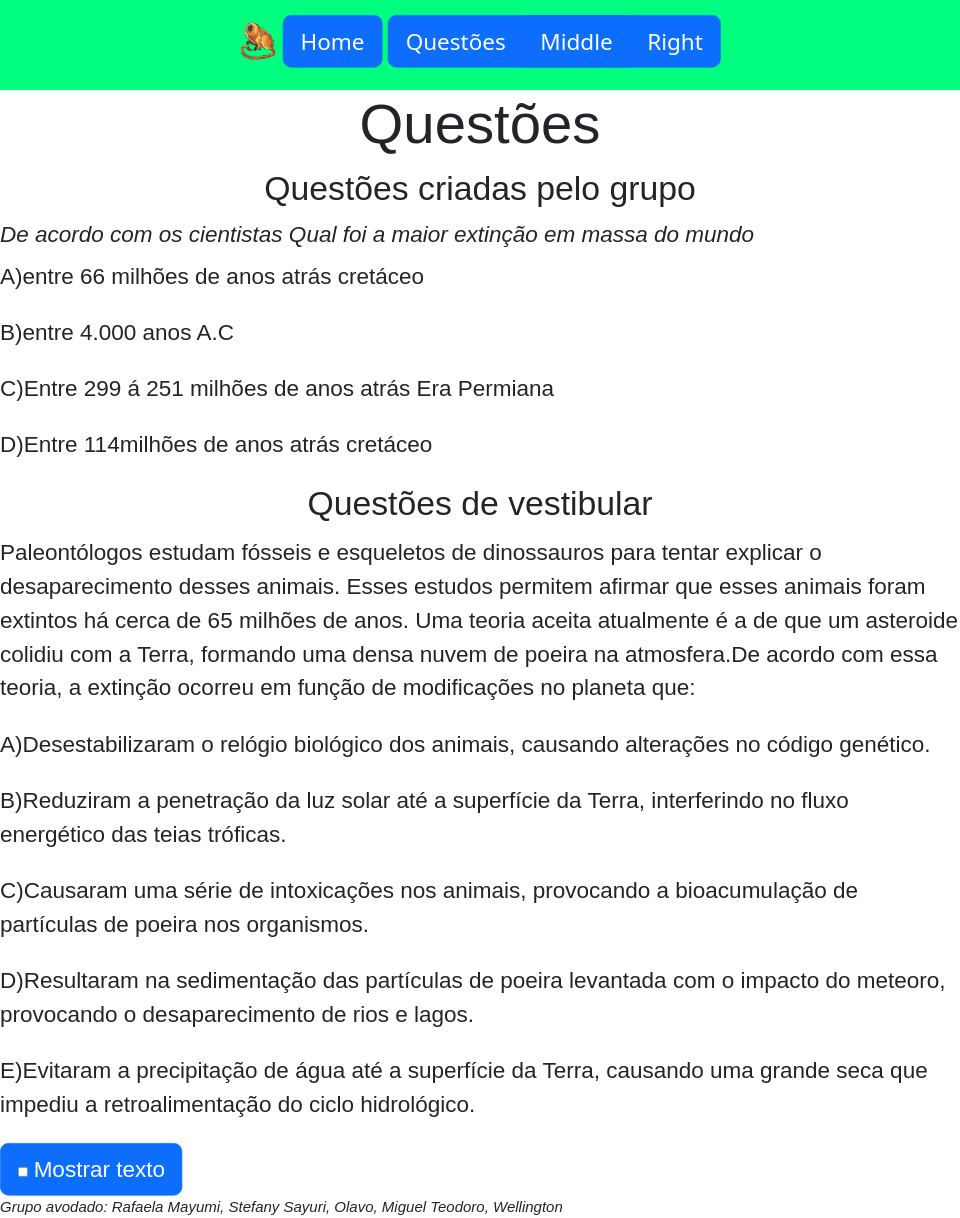
Repository: OlavoSchiavi/Site-de-biologia
Page: quest.html
The author's editor kept a copy of each file at every save. The page is drawn from the files as they stood at one save, then again after the next save.
The browser window is 1280 px wide. The pictures show the whole page, at 75% of full size.

Above is the page before, as saved 2023-04-18 21:26:18.
Not found: JS/script.js

### quest.html
<!DOCTYPE html>
<html lang="pt-br">
<head>
    <meta charset="UTF-8">
    <meta http-equiv="X-UA-Compatible" content="IE=edge">
    <meta name="viewport" content="width=device-width, initial-scale=1.0">
    <title>Site de biologia - Questões</title>
    <link rel="stylesheet" href="CSS/style.css">
    <link href="https://cdn.jsdelivr.net/npm/bootstrap@5.3.0-alpha3/dist/css/bootstrap.min.css" rel="stylesheet" integrity="sha384-KK94CHFLLe+nY2dmCWGMq91rCGa5gtU4mk92HdvYe+M/SXH301p5ILy+dN9+nJOZ" crossorigin="anonymous">
    <link rel="icon" href="imagens/monkey.png" type="image/png">
    <link rel="stylesheet" href="JS/script.js">
    <link rel="icon" type="image/png" href="imagens/arara.png">
</head>
<body>
    <header>
        <nav class="mapa">
            <img id="logo" src="imagens/monkey.png" alt="Logo">
            <button type="button" class="btn btn-primary">
                <a href="index.html" class="button">Home</a>
            </button>
            <div class="btn-group" role="group" aria-label="Basic example">
                <button type="button" class="btn btn-primary">
                    <a href="quest.html" class="button">Questões</a>
                </button>
                <button type="button" class="btn btn-primary">Middle</button>
                <button type="button" class="btn btn-primary">Right</button>
              </div>
        </nav>
    </header>
    <main>
        <article>
            <section>
                <h1>Questões</h1>
            </section>
            <section>
                <h4>Questões criadas pelo grupo</h4>
                <h6>De acordo com os cientistas Qual foi a maior extinção em massa do mundo</h6>
                <p>A)entre 66 milhões de anos atrás cretáceo</p>
                <p>B)entre 4.000 anos A.C</p>
                <p>C)Entre 299 á 251  milhões de anos atrás Era Permiana</p>
                <p>D)Entre 114milhões de anos atrás cretáceo</p>
            </section>
            <section>
                <h4>Questões de vestibular</h4>
                <p>Paleontólogos estudam fósseis e esqueletos de dinossauros para tentar explicar o desaparecimento desses animais. Esses estudos permitem afirmar que esses animais foram extintos há cerca de 65 milhões de anos. Uma teoria aceita atualmente é a de que um asteroide colidiu com a Terra, formando uma densa nuvem de poeira na atmosfera.De acordo com essa teoria, a extinção ocorreu em função de modificações no planeta que:</p>
                    <p>A)Desestabilizaram o relógio biológico dos animais, causando alterações no código genético.</p>
                    <p>B)Reduziram a penetração da luz solar até a superfície da Terra, interferindo no fluxo energético das teias tróficas.</p>
                    <p>C)Causaram uma série de intoxicações nos animais, provocando a bioacumulação de partículas de poeira nos organismos.</p>
                    <p>D)Resultaram na sedimentação das partículas de poeira levantada com o impacto do meteoro, provocando o desaparecimento de rios e lagos.</p>
                    <p>E)Evitaram a precipitação de água até a superfície da Terra, causando uma grande seca que impediu a retroalimentação do ciclo hidrológico.</p>

                    <button type="button" class="btn btn-primary" data-bs-toggle="button">
                        <input type="checkbox" id="checkbox" onclick="mostrarTexto()"> Mostrar texto

                        <div id="texto"></div>

                        <script>
                        function mostrarTexto() {
                        var checkbox = document.getElementById("checkbox");
                        var texto = document.getElementById("texto");
                        if (checkbox.checked) {
                            texto.innerHTML = "Este é o texto que será exibido";
                        } else {
                            texto.innerHTML = "";
                        }
                        }
                        </script>
                    </button>

            </section>
        </article>
    </main>
    <footer style="font-size: 20px; font-style: italic;">
        Grupo avodado: Rafaela Mayumi, Stefany Sayuri, Olavo, Miguel Teodoro, Wellington
    </footer>
</body>
</html>

### CSS/style.css
header{
    padding: 20px;
    height: 120px;
    background-color:springgreen;
}
.arara{
    width: 20%;
    float: right;
}
#logo{
    width: 50px;
}

body,main,footer,html{
    font-family: Arial, Helvetica, sans-serif;
    font-size: 30px;
}
.button{
    color:white;
    text-decoration: none;
}
.mapa{
    text-align: center;
}
h1,h4{
    text-align: center;
}
h6{
    font-style:oblique;
}

After the next save:
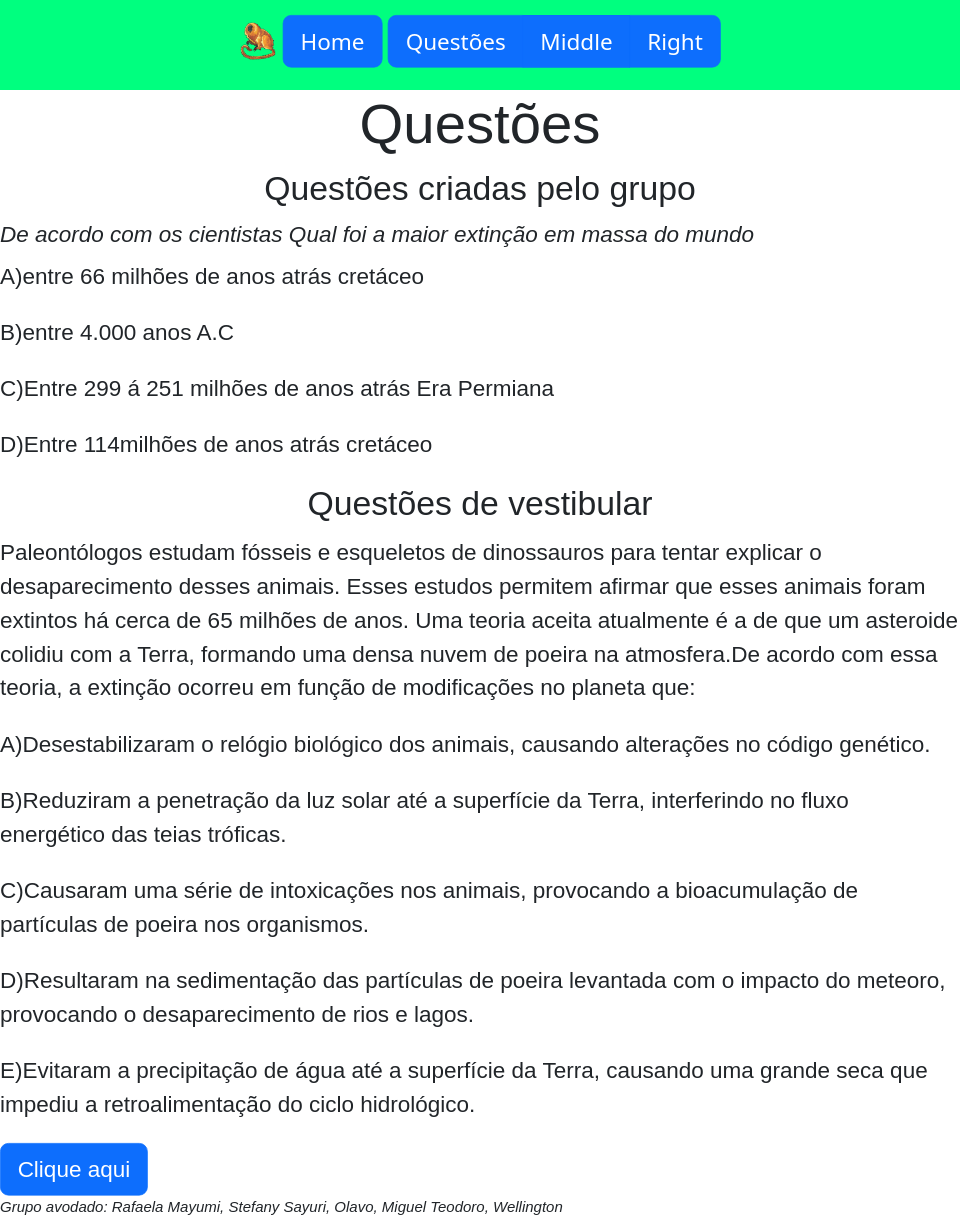
Console error: ReferenceError: $ is not defined
Saved 3 min 42 s later.
--- a/quest.html
+++ b/quest.html
@@ -49,23 +49,23 @@
                     <p>D)Resultaram na sedimentação das partículas de poeira levantada com o impacto do meteoro, provocando o desaparecimento de rios e lagos.</p>
                     <p>E)Evitaram a precipitação de água até a superfície da Terra, causando uma grande seca que impediu a retroalimentação do ciclo hidrológico.</p>
 
-                    <button type="button" class="btn btn-primary" data-bs-toggle="button">
-                        <input type="checkbox" id="checkbox" onclick="mostrarTexto()"> Mostrar texto
+                    <div id="texto-escondido" style="display:none;">Este texto será exibido quando o botão for clicado.</div>
 
-                        <div id="texto"></div>
+                    <button class="btn btn-primary" id="meu-botao">Clique aqui</button>
 
-                        <script>
-                        function mostrarTexto() {
-                        var checkbox = document.getElementById("checkbox");
-                        var texto = document.getElementById("texto");
-                        if (checkbox.checked) {
-                            texto.innerHTML = "Este é o texto que será exibido";
-                        } else {
-                            texto.innerHTML = "";
-                        }
-                        }
-                        </script>
-                    </button>
+                    <script>
+                        // Quando o botão for clicado
+                        $('#meu-botao').click(function() {
+                          // Se o texto estiver escondido, exibe-o e altera o texto do botão
+                          if ($('#texto-escondido').is(':hidden')) {
+                            $('#texto-escondido').show();
+                            $(this).text('Ocultar texto');
+                          } else { // Caso contrário, oculta o texto e altera o texto do botão
+                            $('#texto-escondido').hide();
+                            $(this).text('Exibir texto');
+                          }
+                        });
+                      </script>
 
             </section>
         </article>

After the 3 saves that followed:
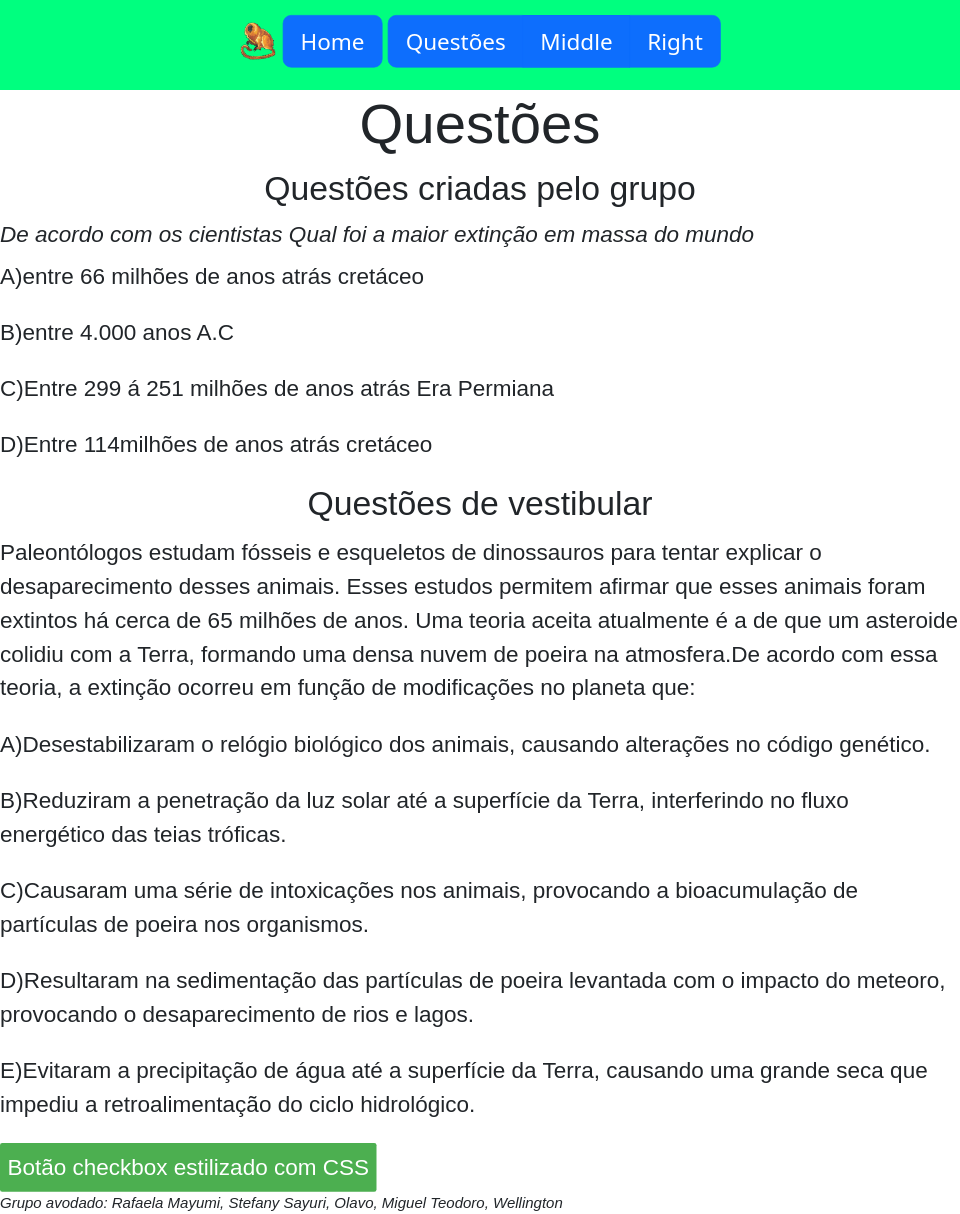
The error is gone.
The 3 saves are shown as one change because 2 left the picture as it was.
The last was saved 9 min 22 s later.
--- a/quest.html
+++ b/quest.html
@@ -49,23 +49,9 @@
                     <p>D)Resultaram na sedimentação das partículas de poeira levantada com o impacto do meteoro, provocando o desaparecimento de rios e lagos.</p>
                     <p>E)Evitaram a precipitação de água até a superfície da Terra, causando uma grande seca que impediu a retroalimentação do ciclo hidrológico.</p>
 
-                    <div id="texto-escondido" style="display:none;">Este texto será exibido quando o botão for clicado.</div>
-
-                    <button class="btn btn-primary" id="meu-botao">Clique aqui</button>
-
-                    <script>
-                        // Quando o botão for clicado
-                        $('#meu-botao').click(function() {
-                          // Se o texto estiver escondido, exibe-o e altera o texto do botão
-                          if ($('#texto-escondido').is(':hidden')) {
-                            $('#texto-escondido').show();
-                            $(this).text('Ocultar texto');
-                          } else { // Caso contrário, oculta o texto e altera o texto do botão
-                            $('#texto-escondido').hide();
-                            $(this).text('Exibir texto');
-                          }
-                        });
-                      </script>
+                    <input type="checkbox" class="checkbox" id="botao-checkbox">
+                    <label for="botao-checkbox">Botão checkbox estilizado com CSS</label>
+                    <div class="texto">Este é o texto que será exibido quando o botão checkbox estiver selecionado.</div>
 
             </section>
         </article>
--- a/CSS/style.css
+++ b/CSS/style.css
@@ -28,3 +28,31 @@ h1,h4{
 h6{
     font-style:oblique;
 }
+
+
+
+.checkbox {
+    display: none;
+}
+.checkbox + label {
+    display: inline-block;
+    margin-bottom: 0;
+    font-weight: normal;
+    cursor: pointer;
+    padding: 10px;
+    border-radius: 3px;
+    color: #fff;
+    background-color: #4caf50;
+}
+.checkbox:checked + label {
+    background-color: #2196f3;
+}
+.checkbox:checked ~ .texto {
+    display: block;
+}
+.texto {
+    display: none;
+    margin-top: 10px;
+    padding: 10px;
+    background-color: #f2f2f2;
+}
